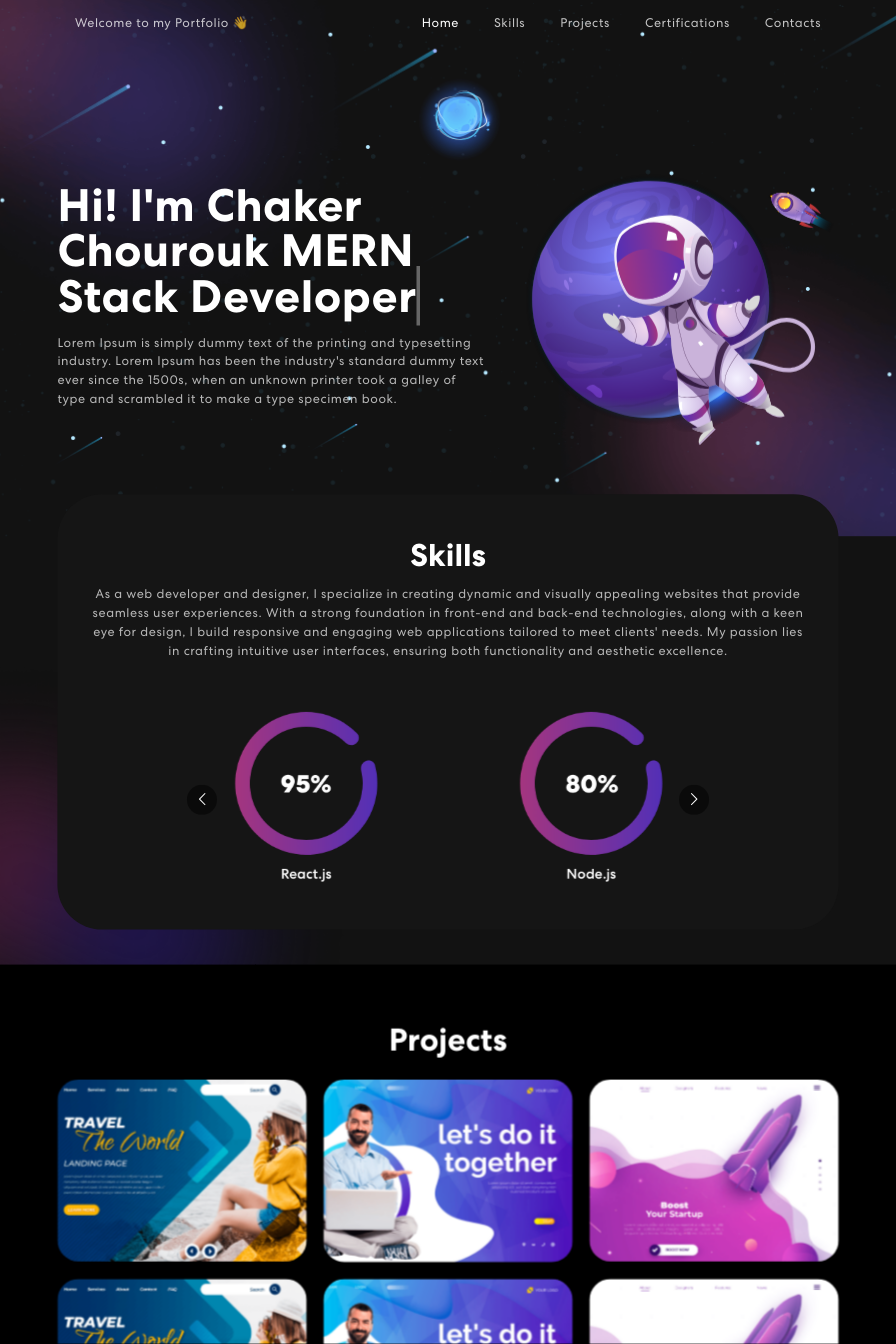
Repository: ChakerChourouk/personal-portfolio
Page: /
These files come from the project's save history. The page is drawn as it stood at one moment and after the next save; the edit follows.
The browser window is 1280 px wide. The pictures show the part of the page from y = 0 to 1920 px (the page is 3041 px tall before and 4369 px after), at 70% of full size.
The project was rebuilt for these pictures with package versions that can differ from the ones it lists, and the page was loaded fresh each time.

Above is the page before, as saved 2024-09-19 20:47:29.

After the next save:
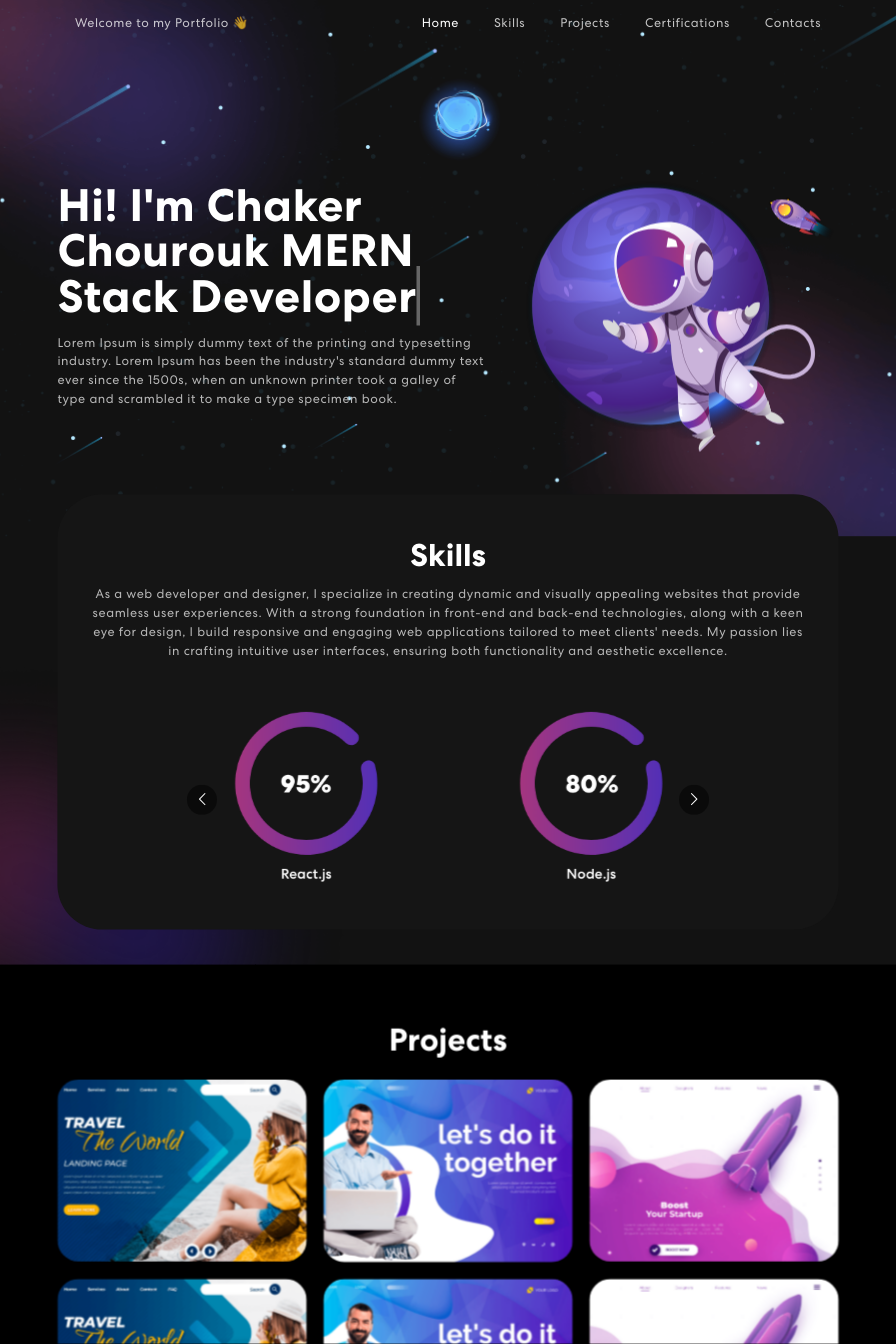
Saved 3 min 4 s later.
--- a/src/components/ProjectCard2.js
+++ b/src/components/ProjectCard2.js
@@ -1,8 +1,9 @@
 import { Card, Button } from "react-bootstrap";
+import './ProjectCard2.css'; // Import the CSS file
 
 export const ProjectCard = ({ title, organization, date, skills, certificateUrl }) => {
   return (
-    <Card className="h-100">
+    <Card className="custom-card h-100">
       <Card.Body>
         <Card.Title>{title}</Card.Title>
         <Card.Subtitle className="mb-2 text-muted">{organization}</Card.Subtitle>
@@ -10,7 +11,7 @@ export const ProjectCard = ({ title, organization, date, skills, certificateUrl
           <strong>Date:</strong> {date}<br />
           <strong>Skills Learned:</strong> {skills.join(", ")}
         </Card.Text>
-        <Button variant="primary" href={certificateUrl} target="_blank">
+        <Button variant="primary" href={certificateUrl} target="_blank" className="rainbow-button">
           View Credentials
         </Button>
       </Card.Body>
